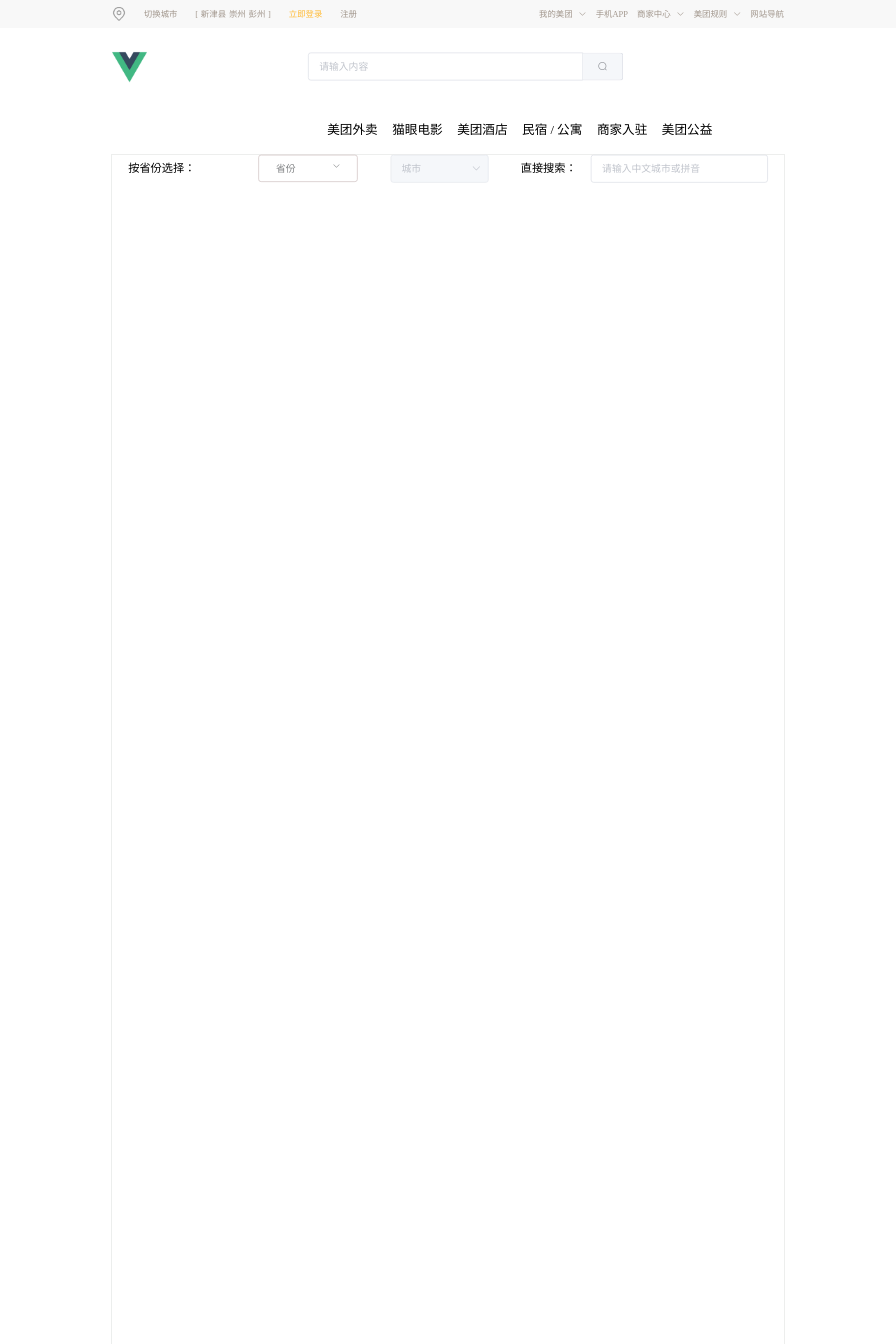
Repository: Wu-Tong-Xian/EasyMeituan
Page: /citySelection
These files come from the project's save history. The page is drawn as it stood at one moment and after the next save; the edit follows.
The browser window is 1280 px wide. The pictures show the part of the page from y = 0 to 1920 px (the page is 2764 px tall), at 70% of full size.
The page's requests for data from a server got no answer. The project was rebuilt for these pictures with package versions that can differ from the ones it lists, and the page was loaded fresh each time. No one was signed in, and anything a server would have sent is missing. Also part of the build but not shown: vue.config.js, src/components/home/sortingRotations.vue, src/components/home/stylish.vue, src/views/Home.vue.

Above is the page before, as saved 2020-08-25 10:54:23.

After the next save:
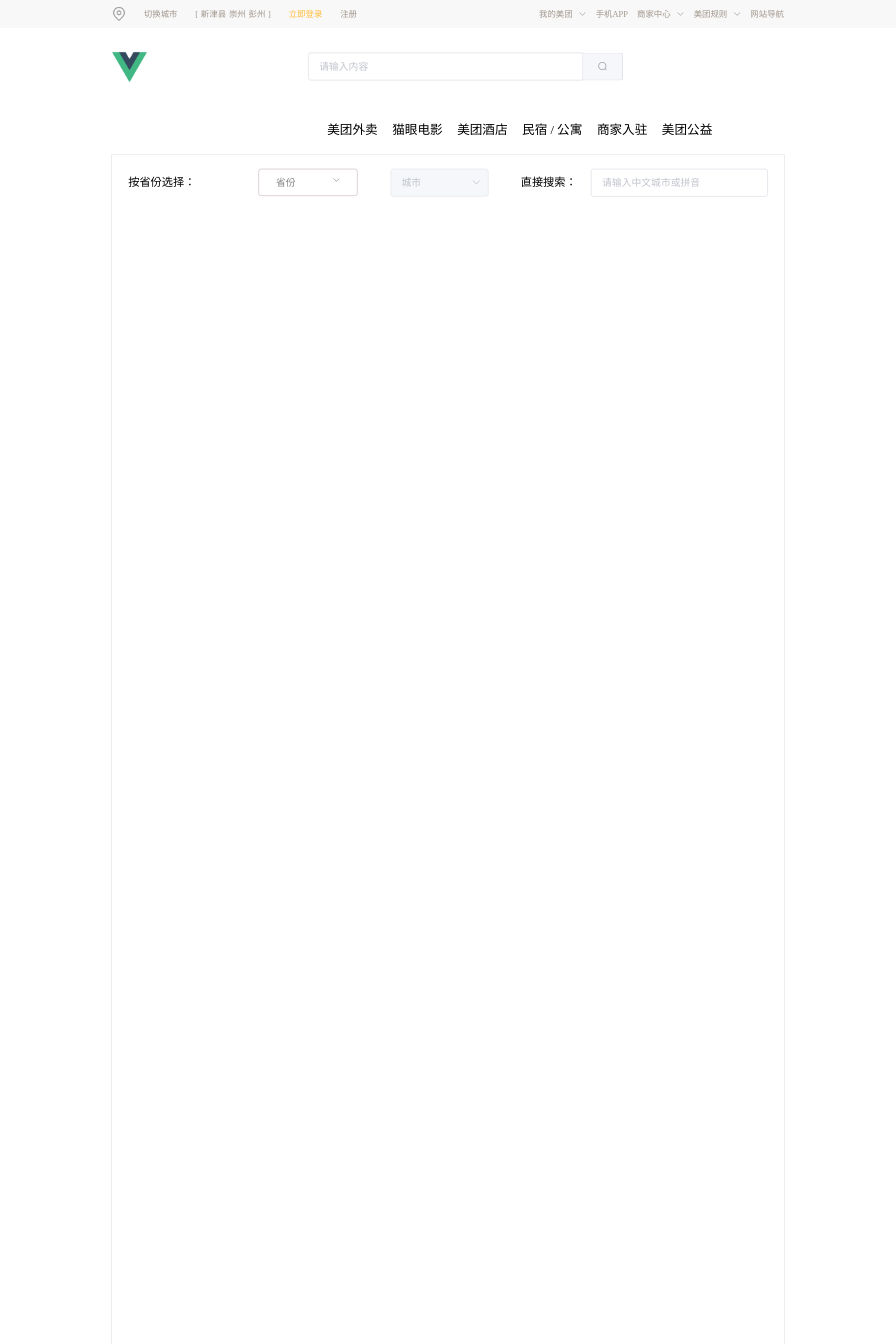
Saved 11 s later.
--- a/src/views/citySelection/citySelection.vue
+++ b/src/views/citySelection/citySelection.vue
@@ -1,7 +1,7 @@
 <template>
 <div>
   <div class="w960">
-    <div class="fl j-around">
+    <div class="fl j-around mg-tb20">
       <div class="box1">按省份选择：</div>
       <el-row>
         <el-col :span="12">
